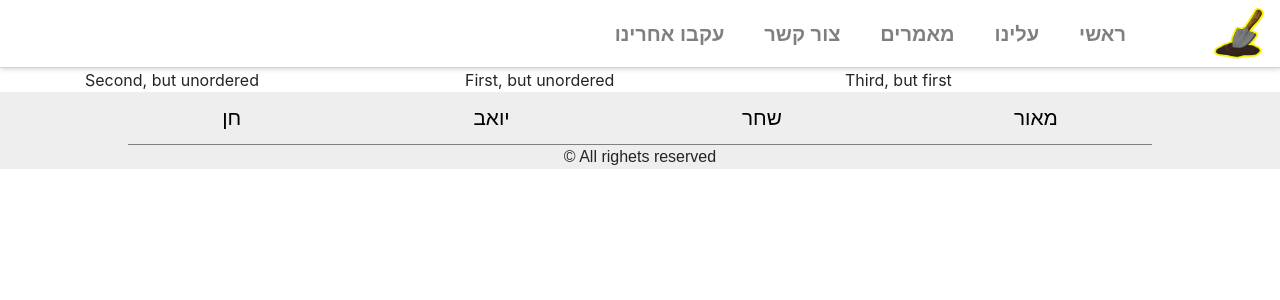
Repository: yoavBenZion/Blog-Zubi
Page: articlesPage.html
The author's editor kept a copy of each file at every save. The page is drawn from the files as they stood at one save, then again after the next save.
The browser window is 1280 px wide. The pictures show the whole page.
Some web fonts or font styles are not loaded; a fallback is used. Some web libraries are served in a nearby version.

Above is the page before, as saved 2017-10-26 11:22:59.

After the next save:
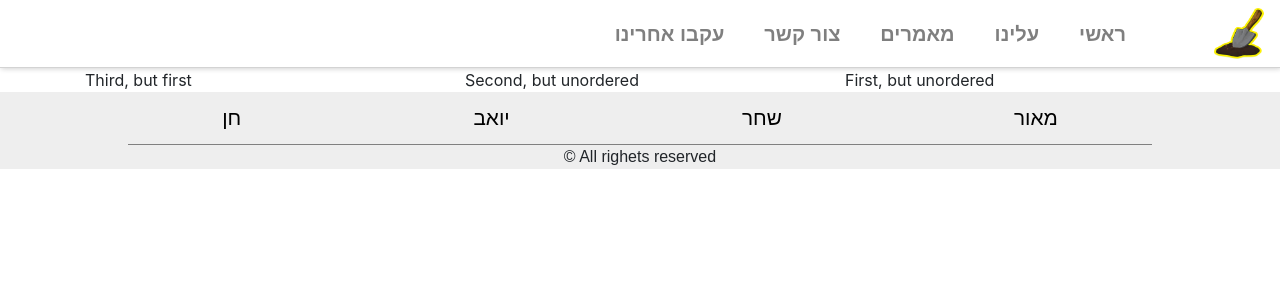
Saved 28 s later.
--- a/articlesPage.html
+++ b/articlesPage.html
@@ -71,7 +71,7 @@
                 <div class="col">
                     Second, but unordered
                 </div>
-                <div class="col order-first">
+                <div class="col">
                     Third, but first
                 </div>
             </div>

After the save that followed:
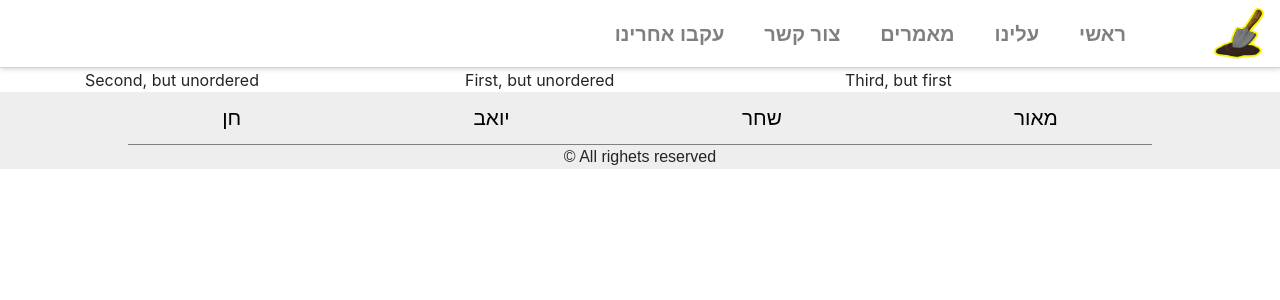
Saved 15 s later.
--- a/articlesPage.html
+++ b/articlesPage.html
@@ -66,14 +66,15 @@
         <div class="container">
             <div class="row">
                 <div class="col">
+                    Third, but first
+                </div>
+                <div class="col">
                     First, but unordered
                 </div>
                 <div class="col">
                     Second, but unordered
                 </div>
-                <div class="col">
-                    Third, but first
-                </div>
+
             </div>
         </div>
 
